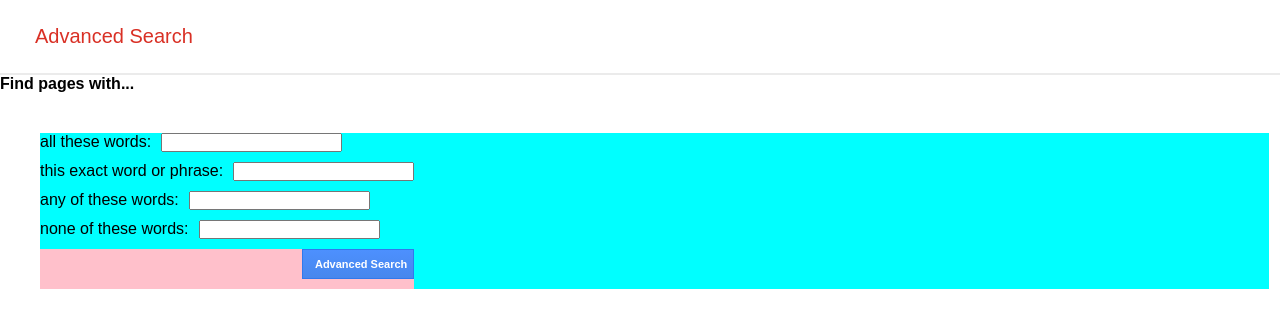
Repository: etentuk/search
Page: advanced_search.html
These files come from the project's save history. The page is drawn as it stood at one moment and after the next save; the edit follows.
The browser window is 1280 px wide. The pictures show the whole page.

Above is the page before, as saved 2021-11-05 00:38:48.

After the next save:
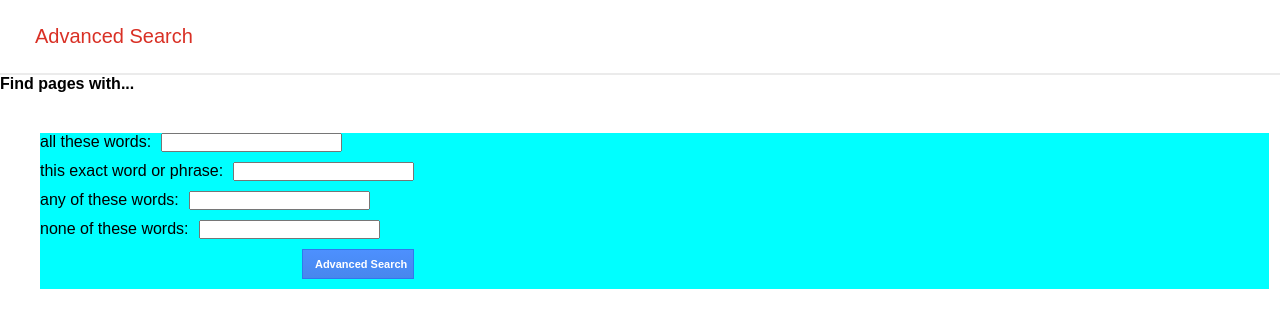
Saved 26 s later.
--- a/styles.css
+++ b/styles.css
@@ -26,10 +26,12 @@
 
 label {
   padding-right: 10px;
+  float: left;
 }
 
 label,
 input {
+  float: right;
   display: table-cell;
   margin-bottom: 10px;
 }

After the save that followed:
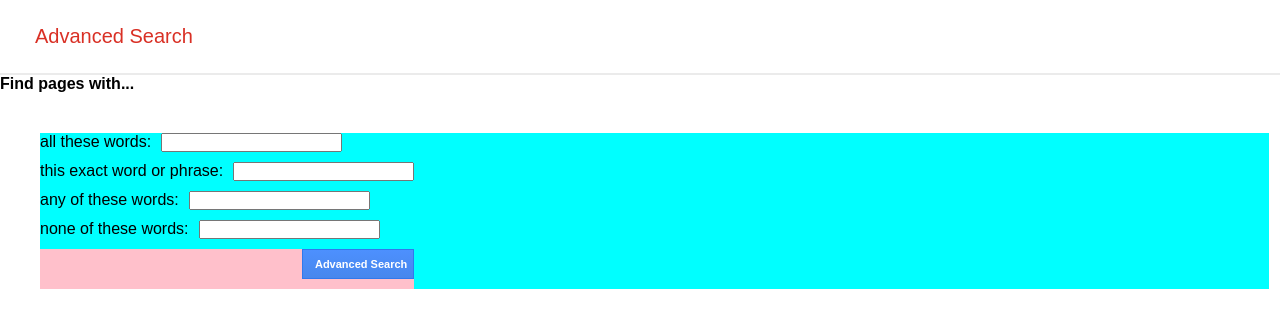
Saved 21 s later.
--- a/styles.css
+++ b/styles.css
@@ -31,7 +31,7 @@
 
 label,
 input {
-  float: right;
+  /* float: right; */
   display: table-cell;
   margin-bottom: 10px;
 }
